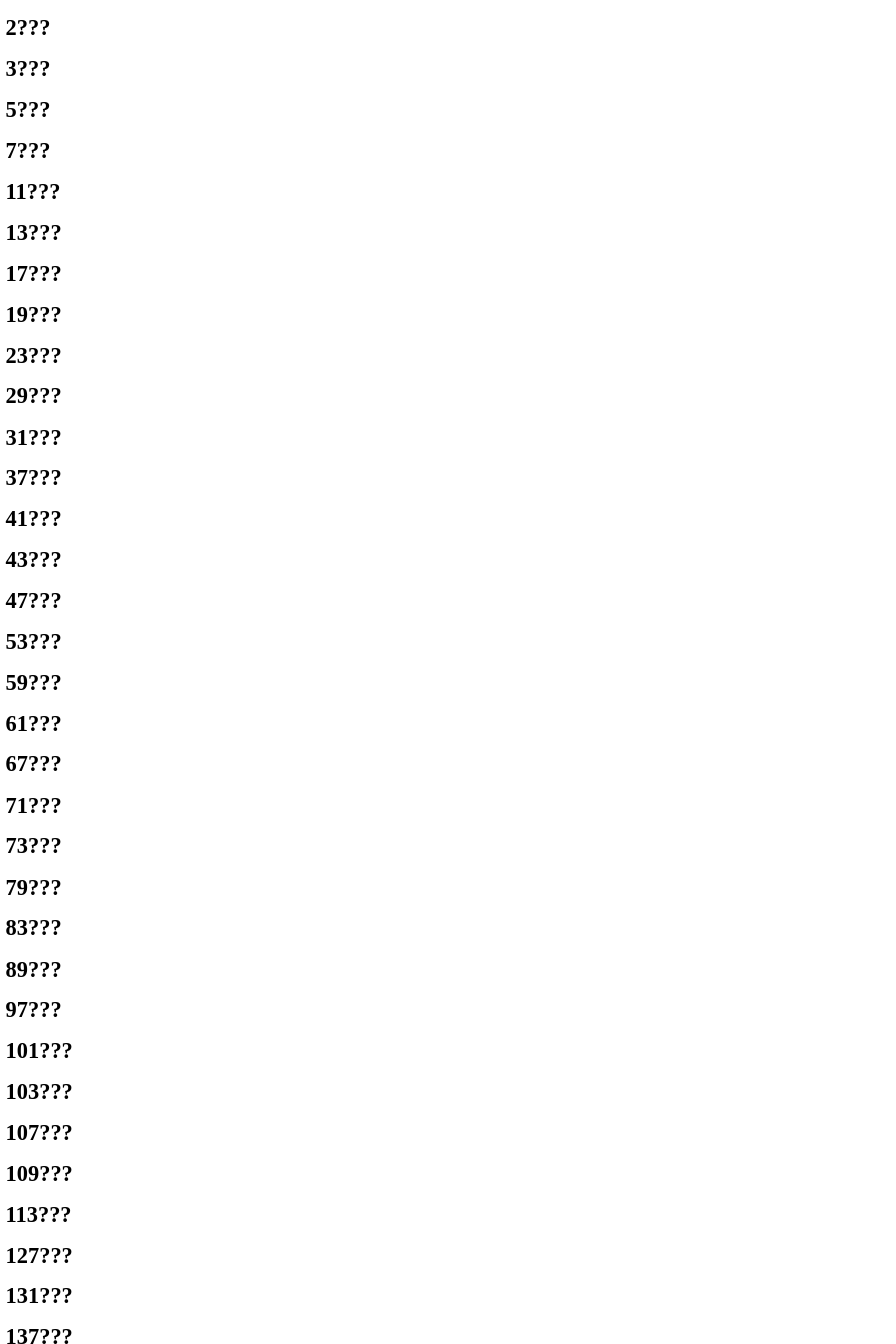
Repository: PeiroJack/eclipse-workspace
Page: http://localhost/MyJsp/prime.jsp
The author's editor kept a copy of each file at every save. The page is drawn from the files as they stood at one save, then again after the next save.
The browser window is 1280 px wide. The pictures show the part of the page from y = 0 to 1920 px (the page is 9839 px tall before and 11351 px after), at 70% of full size.
The page is served by Tomcat 9.

Above is the page before, as saved 2020-03-13 16:37:07.

After the next save:
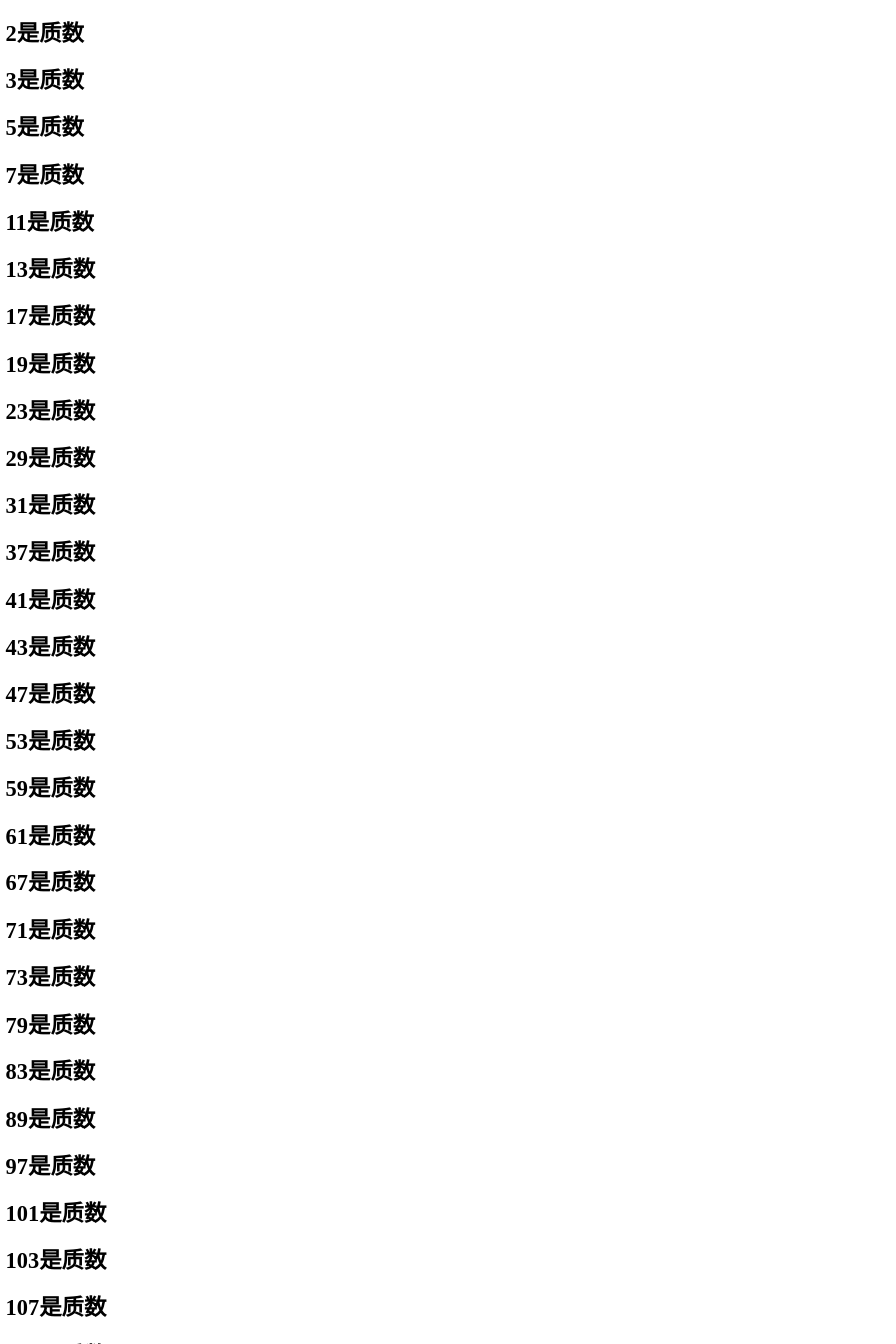
Saved 48 s later.
--- a/MyJsp/WebContent/prime.jsp
+++ b/MyJsp/WebContent/prime.jsp
@@ -1,4 +1,4 @@
-<%@ page import="java.util.*,java.text.*" language="java" contentType="text/html; charset=ISO-8859-1"
+<%@ page import="java.util.*,java.text.*" language="java" contentType="text/html; charset=UTF-8"
     pageEncoding="UTF-8"%>
 <!DOCTYPE html>
 <html>
